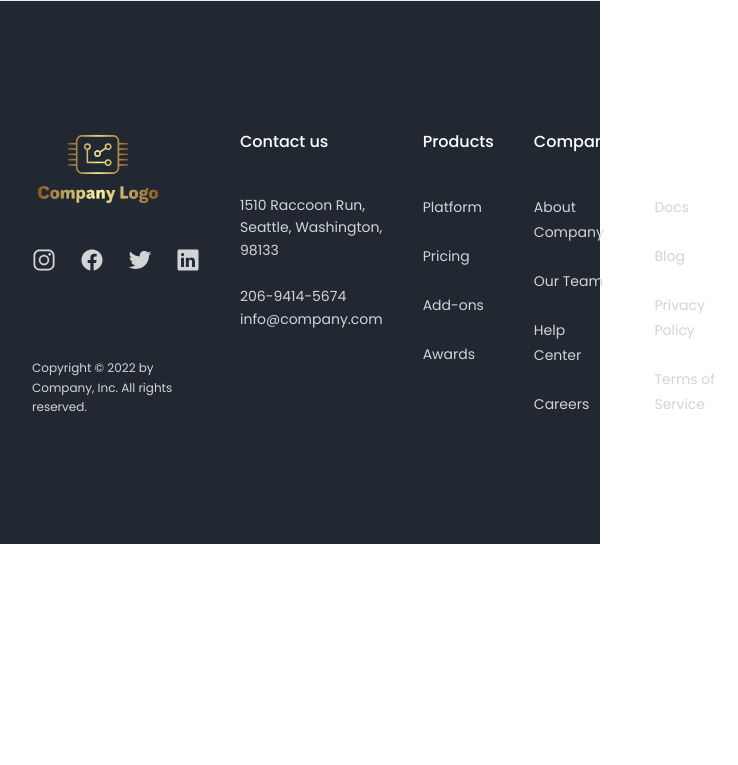
Repository: bijaythakur-code/responsive-footer-design-html-css
Page: index.html
The author's editor kept a copy of each file at every save. The page is drawn from the files as they stood at one save, then again after the next save.
The browser window is 600 px wide. The page is 738 px wide, then 600 px, so the pictures cover 738 px, including what lies to the right of the window. The pictures show the whole page.

Above is the page before, as saved 2022-07-27 14:51:51.

After the next save:
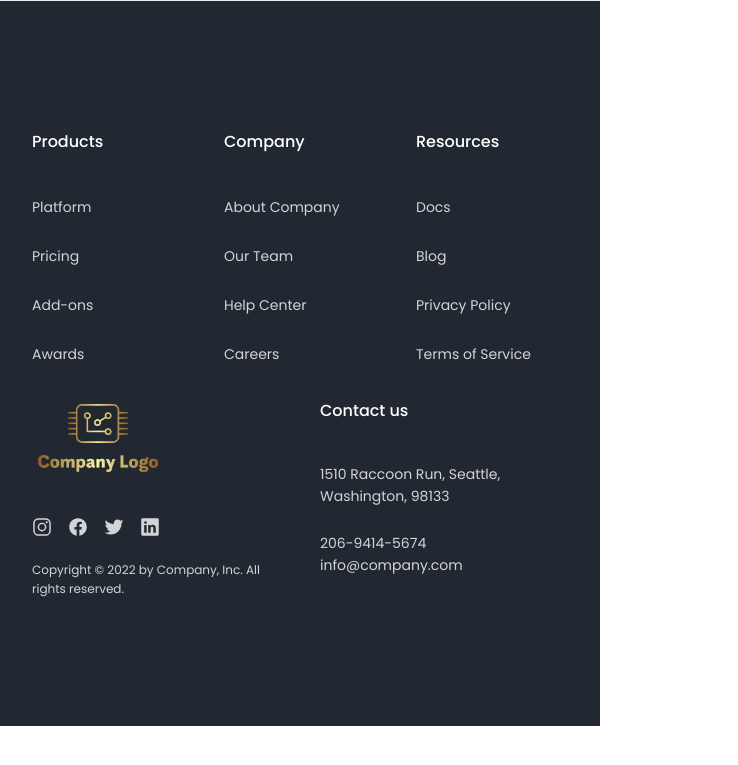
Saved 2 min 35 s later.
--- a/css/style.css
+++ b/css/style.css
@@ -148,3 +148,30 @@ a {
 }
 
 /* ============= BELOW 752px =========== */
+
+@media (max-width: 47em) {
+  .footer-wrapper {
+    grid-template-columns: repeat(6, 1fr);
+    row-gap: 32px;
+  }
+
+  .logo-col,
+  .address-col {
+    grid-column: span 3;
+  }
+
+  .nav-col {
+    grid-row: 1;
+    grid-column: span 2;
+  }
+
+  .social-links {
+    gap: 16px;
+    margin-bottom: 16px;
+  }
+
+  .social-icon {
+    height: 20px;
+    width: 20px;
+  }
+}
